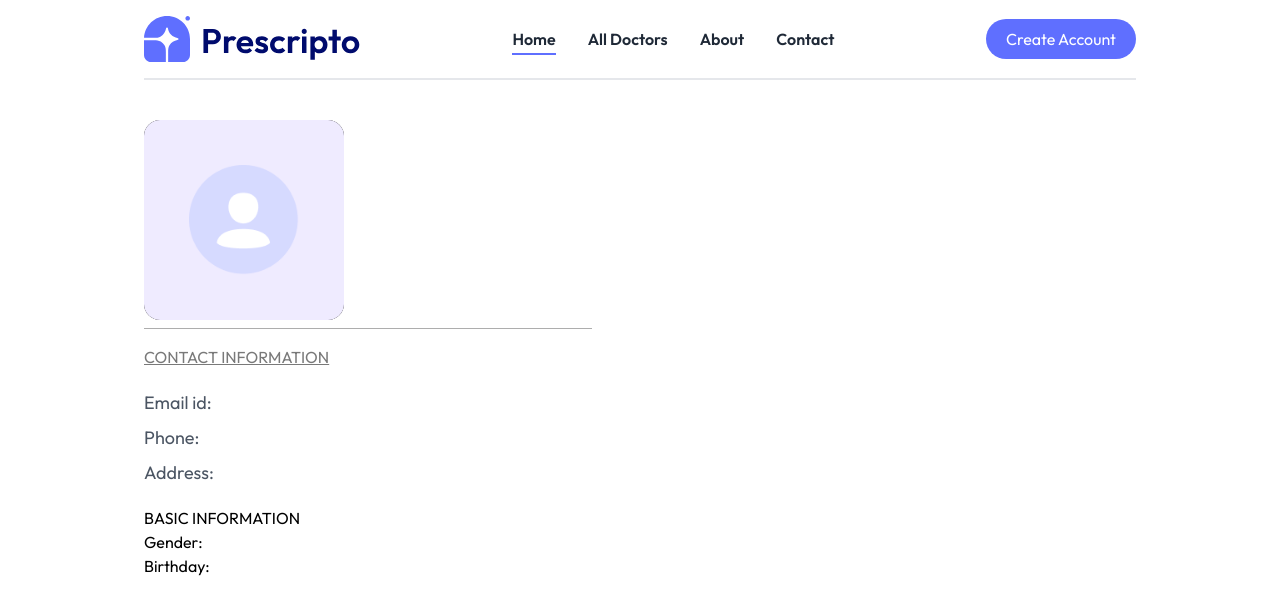
Repository: AzizHamdi99/Prescripto
Page: /profil (app in frontend/)
These files come from the project's save history. The page is drawn as it stood at one moment and after the next save; the edit follows.
The browser window is 1280 px wide. The pictures show the whole page.
The page's requests for data from a server got no answer. The project was rebuilt for these pictures with package versions that can differ from the ones it lists, and the page was loaded fresh each time. No one was signed in, and anything a server would have sent is missing. Also part of the build but not shown: frontend/vite.config.js, frontend/src/components/Hero.jsx, frontend/src/components/Speciality.jsx, frontend/src/components/DoctorCard.jsx, frontend/src/components/TopDoctors.jsx, frontend/src/components/Banner.jsx, frontend/src/components/Footer.jsx, frontend/src/pages/Home.jsx and 7 more.

Above is the page before, as saved 2025-01-15 18:45:10.

### frontend/index.html
<!DOCTYPE html>
<html lang="en">
  <head>
    <meta charset="UTF-8" />
    <link rel="icon" type="image/svg+xml" href="/vite.svg" />
    <meta name="viewport" content="width=device-width, initial-scale=1.0" />
    <title>Prescripto</title>
  </head>
  <body>
    <div id="root"></div>
    <script type="module" src="/src/main.jsx"></script>
  </body>
</html>

### frontend/src/main.jsx
import { StrictMode } from "react";
import { createRoot } from "react-dom/client";
import App from "./App.jsx";
import "./index.css";
import { BrowserRouter } from "react-router-dom";
import AppContextProvider from "./context/AppContext.jsx";

createRoot(document.getElementById("root")).render(

  <BrowserRouter>
  <AppContextProvider>
    <App />
    </AppContextProvider>
  </BrowserRouter>
);

### frontend/src/App.jsx
import React from "react";
import { Route, Routes } from "react-router-dom";
import Home from "./pages/Home";
import About from "./pages/About";
import Doctors from "./pages/Doctors";
import Login from "./pages/Login";
import Contact from "./pages/Contact";
import Profile from "./pages/Profile";
import Appointments from "./pages/Appointments";
import Appointment from "./pages/Appointment";
import Navbar from "./components/Navbar";
import './App.css'
import Footer from "./components/Footer";
import Test from "./pages/Test";
import Testtime from "./pages/Testtime";
function App() {
  return (
    <div className="mx-4">
      <Navbar />
      <Routes>
        <Route path="/" element={<Home />} />
        <Route path="/about" element={<About />} />
        <Route path="/doctors" element={<Doctors />} />
        <Route path="/doctors/:speciality" element={<Doctors />} />
        <Route path="/login" element={<Login />} />
        <Route path="/contact" element={<Contact />} />
        <Route path="/profil" element={<Profile />} />
        <Route path="/appointments" element={<Appointments />} />
        <Route path="/appointment/:id" element={<Appointment />} />
        <Route path="/appointment/:id" element={<Appointment />} />
        <Route path="/test" element={<Test/>}/>
        <Route path="/testt" element={<Testtime/>}/>
      </Routes>


    </div>
  );
}

export default App;

### frontend/src/context/AppContext.jsx
import { createContext, useContext,useState,useEffect } from "react";
//import { doctors } from "../assets/assets_frontend/assets";
import axios from'axios'
export const AppContext=createContext(null)
const AppContextProvider=(props)=>{
    const [select, setselect] = useState("home");
    const [Speciality,SetSpeciality]=useState("All doctors");

    const [show,setShow]=useState(8);
    const [doctors,setdoctors]=useState([])
    const [token,setToken]=useState(false);
    const [login,setlogin]=useState(false);

    useEffect(()=>{
        const fetchData=async()=>{
            try{
                const response= await axios.get('http://localhost:3000/api/doctors/getAllDoctors')
                console.log(response.data)
                setdoctors(response.data);

            }catch(error){
                console.error('eroorr fetching daata',error)
            }


        }
        const loadUser=async()=>{
            if(localStorage.getItem("token")){
                setToken(localStorage.getItem("token"))
            }
        }
        fetchData()
        loadUser()
     },[])
    const value={
        doctors,setdoctors,
        select,setselect,Speciality,SetSpeciality,show,setShow,token,setToken,login,setlogin

    }


    return(
        <AppContext.Provider value={value}>
            {props.children}

        </AppContext.Provider>
    )
}
export default AppContextProvider

### frontend/src/pages/Profile.jsx
import axios from "axios";
import React, { useEffect,useState } from "react";
import { assets } from "../assets/assets_frontend/assets";

function Profile() {
  const [user, setUser] = useState({});
  const [loading, setLoading] = useState(true);
  const [error, setError] = useState(null);

  useEffect(()=>{
    const fetchUserProfile=async()=>{
      const token=localStorage.getItem("token")
      if(!token){
        setError('No token found. Please log in..!')
        setLoading(false)
        return

      }
      try{
        const respnse=await axios.get('http://localhost:3000/api/user/profile',
        {
          headers:{
          Authorization:`Bearer ${token}`

        }})
        //console.log(respnse)
        setUser(respnse.data.data)
        setLoading(false)

      }
      catch(error){
        console.error('Error fetching user data',error)
        setError("Failed fetching user data")
        setLoading(false)

      }


    }
    fetchUserProfile()


  },[])
  console.log(user)


  return(
    <div className="mt-10 ml-32">
      <img src={assets.uploadare} className="bg-black rounded-2xl w-[200px] h-[200px]" alt="" />
      <h1 className="text-[32px] text-[#1F2937] font-[500]">{user.name}</h1>
    <div className="h-[1px] w-[40%] my-2 mb-4 bg-[#ADADAD]"></div>
      <p className="text-[16px] text-[#797979] underline font[400]">CONTACT INFORMATION</p>
      <div className="flex gap-7 my-5">
        <div className="text-[18px] text-[#4B5563] font-[400] flex flex-col gap-2">
          <p >Email id:</p>
          <p>Phone:</p>
          <p>Address:</p>
        </div>
        <div className="flex flex-col gap-2">
          <p className="text-[18px] text-[#3C96FF] font-[400]">{user.email}</p>
          <p className="text-[18px] text-[#3C96FF] font-[400]">{user.phone}</p>
          <p className="text-[18px] text-[#4B5563] font-[400]" >{user.address}</p>
        </div>
      </div>
      <p>BASIC INFORMATION</p>
      <div>

        <div>
          <p>Gender:</p>
          <p>Birthday:</p>
        </div>

        <div>
          <p>{user.gender}</p>
          <p>{user.birthday}</p>
        </div>
      </div>



    </div>
  )

}

export default Profile;

### frontend/src/components/Navbar.jsx
import React, { useContext, useState } from "react";
import "../index.css";
import { assets } from "../assets/assets_frontend/assets";
import { Link, NavLink, useNavigate } from "react-router-dom";
import { AppContext } from "../context/AppContext";
function Navbar() {
  //const [select, setselect] = useState("home");
  const{select,setselect,token,setToken}=useContext(AppContext)

  const navigate=useNavigate();
 const[login,setlogin]=useState(false)
  const image=()=>{
    navigate('/');
    setselect("home");

  }
  const logout=()=>{
    localStorage.removeItem("token");
    setToken("")
    navigate('/')
  }



  return (
    <div className="mx-32 flex my-4 items-center justify-between border-b-2 pb-4">
      <img onClick={image} src={assets.logo} alt="" className="cursor-pointer"  />
      <div className="grid gap-8 grid-flow-col text-l text-[#1F2937] font-semibold">
        <Link to="/"><span className={ select === "home" ? "border-b-2 border-[#5F6FFF] pb-1" : ""} onClick={()=>setselect("home")}>Home</span></Link>
       <Link to="/doctors"> <span  onClick={()=>setselect("doctors")} className={ select === "doctors" ? "border-b-2 border-[#5F6FFF] pb-2" : ""} >All Doctors</span></Link>
        <Link to="/about"><span  className={ select === "about" ? "border-b-2 border-[#5F6FFF] pb-1" : ""} onClick={()=>setselect("about")}>About</span></Link>
        <Link to="/contact"><span  className={ select === "contact" ? "border-b-2 border-[#5F6FFF] pb-1" : ""} onClick={()=>setselect("contact")}>Contact</span></Link>
      </div>
      {token? <div className="grid grid-flow-col gap-2 items-center group-relative ">
        <img src={assets.profile_pic} className="w-10 rounded-[50%] cursor-pointer" alt=""  onClick={()=>setlogin(!login)}/>
        <img src={assets.dropdown_icon} alt=""  />
          {login? <div className="absolute top-20 right-32 text-base font-medium p-4 text-gray-600 z-20 bg-[#F8F8F8] shadow-md">
          <div className="text-[18px] font-normal textt-[#4B5563] ">
            <p className="cursor-pointer" onClick={()=>navigate("/profil")}>My profil</p>
            <p className="cursor-pointer" onClick={()=>navigate("/appointments")}>My Appointments</p>
            <p onClick={()=>logout()} className="cursor-pointer">Logout</p>
          </div>

        </div> :<></> }


      </div>:
      <button onClick={()=>navigate('/login')}  className="px-5 py-2 bg-[#5F6FFF] rounded-3xl text-white">Create Account</button>}
    </div>
  );
}

export default Navbar;

### frontend/src/App.css
@import url('https://fonts.googleapis.com/css2?family=Outfit:wght@100..900&display=swap');
*{
    font-family: "Outfit", sans-serif;
}
.footer{
    display: flex;

    justify-content: space-between;



}
li{
    margin-top: 9px;
}

### frontend/src/pages/Testtime.jsx
import React, { useState, useEffect } from 'react';

const DaySelector = () => {

  return (
    hhhh
  );
};

export default DaySelector;

### frontend/src/assets/assets_frontend/assets.js
import appointment_img from './appointment_img.png'
import header_img from './header_img.png'
import group_profiles from './group_profiles.png'
import profile_pic from './profile_pic.png'
import contact_image from './contact_image.png'
import about_image from './about_image.png'
import logo from './logo.svg'
import dropdown_icon from './dropdown_icon.svg'
import dropup_icon from './arrow-drop-up.svg'
import menu_icon from './menu_icon.svg'
import cross_icon from './cross_icon.png'
import chats_icon from './chats_icon.svg'
import verified_icon from './verified_icon.svg'
import arrow_icon from './arrow_icon.svg'
import info_icon from './info_icon.svg'
import upload_icon from './upload_icon.png'
import stripe_logo from './stripe_logo.png'
import razorpay_logo from './razorpay_logo.png'
import doc1 from './doc1.png'
import doc2 from './doc2.png'
import doc3 from './doc3.png'
import doc4 from './doc4.png'
import doc5 from './doc5.png'
import doc6 from './doc6.png'
import doc7 from './doc7.png'
import doc8 from './doc8.png'
import doc9 from './doc9.png'
import doc10 from './doc10.png'
import doc11 from './doc11.png'
import doc12 from './doc12.png'
import doc13 from './doc13.png'
import doc14 from './doc14.png'
import doc15 from './doc15.png'
import Dermatologist from './Dermatologist.svg'
import Gastroenterologist from './Gastroenterologist.svg'
import General_physician from './General_physician.svg'
import Gynecologist from './Gynecologist.svg'
import Neurologist from './Neurologist.svg'
import Pediatricians from './Pediatricians.svg'
import uploadare from './upload_area.png'


export const assets = {
    appointment_img,
    header_img,
    group_profiles,
    logo,
    chats_icon,
    verified_icon,
    info_icon,
    profile_pic,
    arrow_icon,
    contact_image,
    about_image,
    menu_icon,
    cross_icon,
    dropdown_icon,
    upload_icon,
    stripe_logo,
    razorpay_logo,
    dropup_icon,
    uploadare
}

export const specialityData = [
    {
        speciality: 'General physician',
        image: General_physician
    },
    {
        speciality: 'Gynecologist',
        image: Gynecologist
    },
    {
        speciality: 'Dermatologist',
        image: Dermatologist
    },
    {
        speciality: 'Pediatricians',
        image: Pediatricians
    },
    {
        speciality: 'Neurologist',
        image: Neurologist
    },
    {
        speciality: 'Gastroenterologist',
        image: Gastroenterologist
    },
]

export const doctors = [
    {
        _id: 'doc1',
        name: 'Dr. Richard James',
        image: doc1,
        speciality: 'General physician',
        degree: 'MBBS',
        experience: '4 Years',
        about: 'Dr. Davis has a strong commitment to delivering comprehensive medical care, focusing on preventive medicine, early diagnosis, and effective treatment strategies. Dr. Davis has a strong commitment to delivering comprehensive medical care, focusing on preventive medicine, early diagnosis, and effective treatment strategies.',
        fees: 50,
        address: {
            line1: '17th Cross, Richmond',
            line2: 'Circle, Ring Road, London'
        }
    },
    {
        _id: 'doc2',
        name: 'Dr. Emily Larson',
        image: doc2,
        speciality: 'Gynecologist',
        degree: 'MBBS',
        experience: '3 Years',
        about: 'Dr. Davis has a strong commitment to delivering comprehensive medical care, focusing on preventive medicine, early diagnosis, and effective treatment strategies. Dr. Davis has a strong commitment to delivering comprehensive medical care, focusing on preventive medicine, early diagnosis, and effective treatment strategies.',
        fees: 60,
        address: {
            line1: '27th Cross, Richmond',
            line2: 'Circle, Ring Road, London'
        }
    },
    {
        _id: 'doc3',
        name: 'Dr. Sarah Patel',
        image: doc3,
        speciality: 'Dermatologist',
        degree: 'MBBS',
        experience: '1 Years',
        about: 'Dr. Davis has a strong commitment to delivering comprehensive medical care, focusing on preventive medicine, early diagnosis, and effective treatment strategies. Dr. Davis has a strong commitment to delivering comprehensive medical care, focusing on preventive medicine, early diagnosis, and effective treatment strategies.',
        fees: 30,
        address: {
            line1: '37th Cross, Richmond',
            line2: 'Circle, Ring Road, London'
        }
    },
    {
        _id: 'doc4',
        name: 'Dr. Christopher Lee',
        image: doc4,
        speciality: 'Pediatricians',
        degree: 'MBBS',
        experience: '2 Years',
        about: 'Dr. Davis has a strong commitment to delivering comprehensive medical care, focusing on preventive medicine, early diagnosis, and effective treatment strategies. Dr. Davis has a strong commitment to delivering comprehensive medical care, focusing on preventive medicine, early diagnosis, and effective treatment strategies.',
        fees: 40,
        address: {
            line1: '47th Cross, Richmond',
            line2: 'Circle, Ring Road, London'
        }
    },
    {
        _id: 'doc5',
        name: 'Dr. Jennifer Garcia',
        image: doc5,
        speciality: 'Neurologist',
        degree: 'MBBS',
        experience: '4 Years',
        about: 'Dr. Davis has a strong commitment to delivering comprehensive medical care, focusing on preventive medicine, early diagnosis, and effective treatment strategies. Dr. Davis has a strong commitment to delivering comprehensive medical care, focusing on preventive medicine, early diagnosis, and effective treatment strategies.',
        fees: 50,
        address: {
            line1: '57th Cross, Richmond',
            line2: 'Circle, Ring Road, London'
        }
    },
    {
        _id: 'doc6',
        name: 'Dr. Andrew Williams',
        image: doc6,
        speciality: 'Neurologist',
        degree: 'MBBS',
        experience: '4 Years',
        about: 'Dr. Davis has a strong commitment to delivering comprehensive medical care, focusing on preventive medicine, early diagnosis, and effective treatment strategies. Dr. Davis has a strong commitment to delivering comprehensive medical care, focusing on preventive medicine, early diagnosis, and effective treatment strategies.',
        fees: 50,
        address: {
            line1: '57th Cross, Richmond',
            line2: 'Circle, Ring Road, London'
        }
    },
    {
        _id: 'doc7',
        name: 'Dr. Christopher Davis',
        image: doc7,
        speciality: 'General physician',
        degree: 'MBBS',
        experience: '4 Years',
        about: 'Dr. Davis has a strong commitment to delivering comprehensive medical care, focusing on preventive medicine, early diagnosis, and effective treatment strategies. Dr. Davis has a strong commitment to delivering comprehensive medical care, focusing on preventive medicine, early diagnosis, and effective treatment strategies.',
        fees: 50,
        address: {
            line1: '17th Cross, Richmond',
            line2: 'Circle, Ring Road, London'
        }
    },
    {
        _id: 'doc8',
        name: 'Dr. Timothy White',
        image: doc8,
        speciality: 'Gynecologist',
        degree: 'MBBS',
        experience: '3 Years',
        about: 'Dr. Davis has a strong commitment to delivering comprehensive medical care, focusing on preventive medicine, early diagnosis, and effective treatment strategies. Dr. Davis has a strong commitment to delivering comprehensive medical care, focusing on preventive medicine, early diagnosis, and effective treatment strategies.',
        fees: 60,
        address: {
            line1: '27th Cross, Richmond',
            line2: 'Circle, Ring Road, London'
        }
    },
    {
        _id: 'doc9',
        name: 'Dr. Ava Mitchell',
        image: doc9,
        speciality: 'Dermatologist',
        degree: 'MBBS',
        experience: '1 Years',
        about: 'Dr. Davis has a strong commitment to delivering comprehensive medical care, focusing on preventive medicine, early diagnosis, and effective treatment strategies. Dr. Davis has a strong commitment to delivering comprehensive medical care, focusing on preventive medicine, early diagnosis, and effective treatment strategies.',
        fees: 30,
        address: {
            line1: '37th Cross, Richmond',
            line2: 'Circle, Ring Road, London'
        }
    },
    {
        _id: 'doc10',
        name: 'Dr. Jeffrey King',
        image: doc10,
        speciality: 'Pediatricians',
        degree: 'MBBS',
        experience: '2 Years',
        about: 'Dr. Davis has a strong commitment to delivering comprehensive medical care, focusing on preventive medicine, early diagnosis, and effective treatment strategies. Dr. Davis has a strong commitment to delivering comprehensive medical care, focusing on preventive medicine, early diagnosis, and effective treatment strategies.',
        fees: 40,
        address: {
            line1: '47th Cross, Richmond',
            line2: 'Circle, Ring Road, London'
        }
    },
    {
        _id: 'doc11',
        name: 'Dr. Zoe Kelly',
        image: doc11,
        speciality: 'Neurologist',
        degree: 'MBBS',
        experience: '4 Years',
        about: 'Dr. Davis has a strong commitment to delivering comprehensive medical care, focusing on preventive medicine, early diagnosis, and effective treatment strategies. Dr. Davis has a strong commitment to delivering comprehensive medical care, focusing on preventive medicine, early diagnosis, and effective treatment strategies.',
        fees: 50,
        address: {
            line1: '57th Cross, Richmond',
            line2: 'Circle, Ring Road, London'
        }
    },
    {
        _id: 'doc12',
        name: 'Dr. Patrick Harris',
        image: doc12,
        speciality: 'Neurologist',
        degree: 'MBBS',
        experience: '4 Years',
        about: 'Dr. Davis has a strong commitment to delivering comprehensive medical care, focusing on preventive medicine, early diagnosis, and effective treatment strategies. Dr. Davis has a strong commitment to delivering comprehensive medical care, focusing on preventive medicine, early diagnosis, and effective treatment strategies.',
        fees: 50,
        address: {
            line1: '57th Cross, Richmond',
            line2: 'Circle, Ring Road, London'
        }
    },
    {
        _id: 'doc13',
        name: 'Dr. Chloe Evans',
        image: doc13,
        speciality: 'General physician',
        degree: 'MBBS',
        experience: '4 Years',
        about: 'Dr. Davis has a strong commitment to delivering comprehensive medical care, focusing on preventive medicine, early diagnosis, and effective treatment strategies. Dr. Davis has a strong commitment to delivering comprehensive medical care, focusing on preventive medicine, early diagnosis, and effective treatment strategies.',
        fees: 50,
        address: {
            line1: '17th Cross, Richmond',
            line2: 'Circle, Ring Road, London'
        }
    },
    {
        _id: 'doc14',
        name: 'Dr. Ryan Martinez',
        image: doc14,
        speciality: 'Gynecologist',
        degree: 'MBBS',
        experience: '3 Years',
        about: 'Dr. Davis has a strong commitment to delivering comprehensive medical care, focusing on preventive medicine, early diagnosis, and effective treatment strategies. Dr. Davis has a strong commitment to delivering comprehensive medical care, focusing on preventive medicine, early diagnosis, and effective treatment strategies.',
        fees: 60,
        address: {
            line1: '27th Cross, Richmond',
            line2: 'Circle, Ring Road, London'
        }
    },
    {
        _id: 'doc15',
        name: 'Dr. Amelia Hill',
        image: doc15,
        speciality: 'Dermatologist',
        degree: 'MBBS',
        experience: '1 Years',
        about: 'Dr. Davis has a strong commitment to delivering comprehensive medical care, focusing on preventive medicine, early diagnosis, and effective treatment strategies. Dr. Davis has a strong commitment to delivering comprehensive medical care, focusing on preventive medicine, early diagnosis, and effective treatment strategies.',
        fees: 30,
        address: {
            line1: '37th Cross, Richmond',
            line2: 'Circle, Ring Road, London'
        }
    },
]

Loaded but not shown: frontend/src/index.css (common file); frontend/tailwind.config.js (common file)

After the next save:
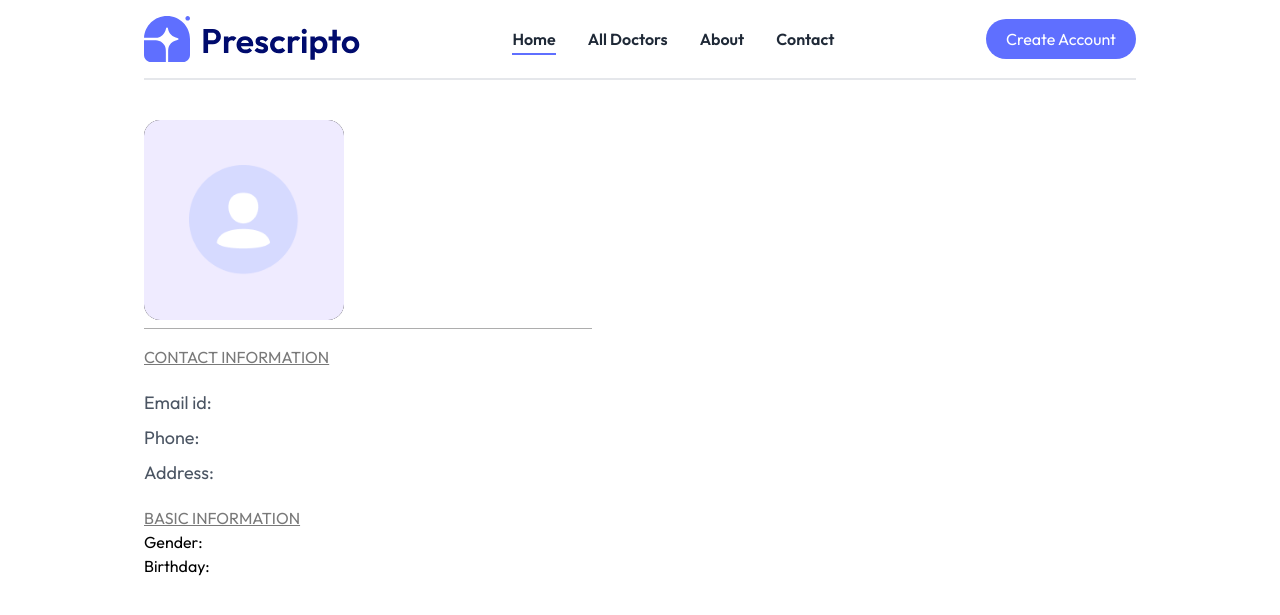
Saved 33 s later.
--- a/frontend/src/pages/Profile.jsx
+++ b/frontend/src/pages/Profile.jsx
@@ -62,7 +62,7 @@
           <p className="text-[18px] text-[#4B5563] font-[400]" >{user.address}</p>
         </div>
       </div>
-      <p>BASIC INFORMATION</p>
+      <p className="text-[16px] text-[#797979] underline font[400]">BASIC INFORMATION</p>
       <div>
 
         <div>
